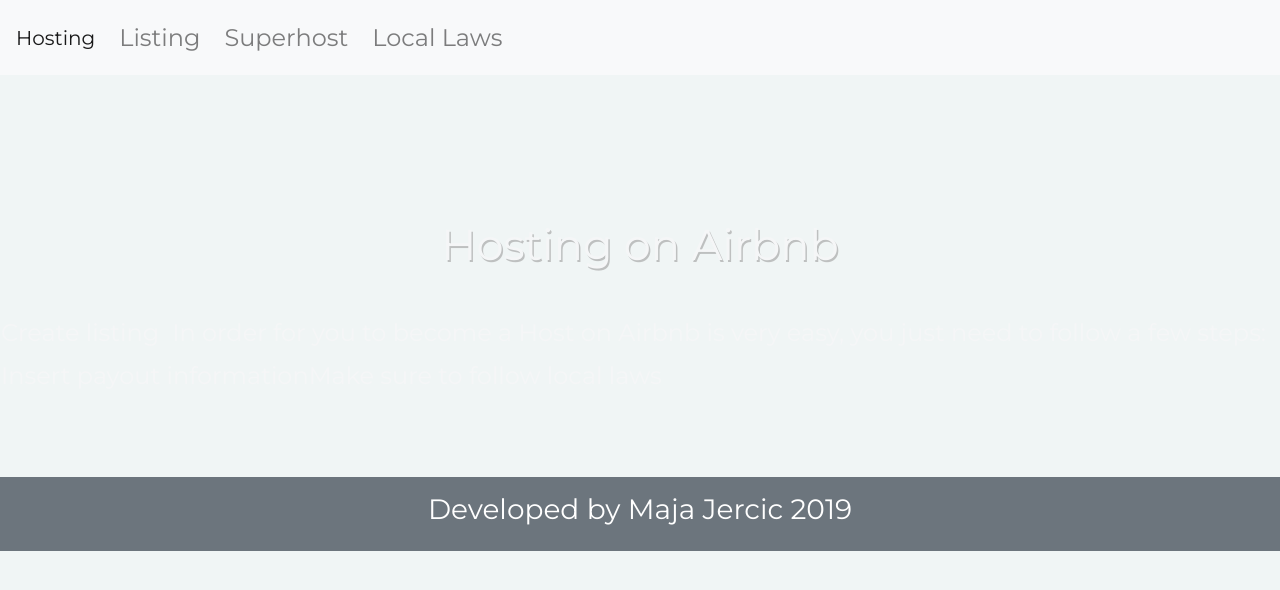
Repository: Maja-Jer/Hosting-on-Airbnb
Page: index.html
The author's editor kept a record of every edit. The page is drawn from the files as they stood at one moment, then again after the next edit.
The browser window is 1280 px wide. The pictures show the whole page.
Some web libraries are served in a nearby version.

Above is the page before.
Console error: TypeError: Cannot read properties of undefined (reading 'fn')

### index.html
<!DOCTYPE html>
<html lang="en">

<head>
    <meta charset="UTF-8">
    <meta name="viewport" content="width=device-width, initial-scale=1">
    <meta http-equiv="X-UA-Compatible" content="ie=edge">
    <link rel="stylesheet" href="https://stackpath.bootstrapcdn.com/bootstrap/4.3.1/css/bootstrap.min.css" integrity="sha384-ggOyR0iXCbMQv3Xipma34MD+dH/1fQ784/j6cY/iJTQUOhcWr7x9JvoRxT2MZw1T" crossorigin="anonymous">
    <script src="https://stackpath.bootstrapcdn.com/bootstrap/4.3.1/js/bootstrap.min.js" integrity="sha384-JjSmVgyd0p3pXB1rRibZUAYoIIy6OrQ6VrjIEaFf/nJGzIxFDsf4x0xIM+B07jRM" crossorigin="anonymous"></script>
    <link rel="stylesheet" href="https://use.fontawesome.com/releases/v5.6.1/css/all.css" integrity="sha384-gfdkjb5BdAXd+lj+gudLWI+BXq4IuLW5IT+brZEZsLFm++aCMlF1V92rMkPaX4PP" crossorigin="anonymous">
    <link href="https://fonts.googleapis.com/css?family=Montserrat" rel="stylesheet">
    <link rel="stylesheet" href="style.css" type="text/css" />
    <title>Hosting on Airbnb</title>
</head>

<body>

    <!---------------Navgation-------->
    <nav class="navbar navbar-light bg-light navbar-expand-sm">
         <a href="/" class="navbar-brand">Hosting</a>

        <!---------------Dropdown menu-------->
        <button class="navbar-toggler ml-auto" type="button" data-toggle="collapse" data-target="#navbarNavDropdown" aria-controls="navbarNavDropdown" aria-expanded="false" aria-label="Toggle navigation">
        <span class="navbar-toggler-icon"></span></button>

        <div class="collapse navbar-collapse" id="navbarNavDropdown">
            <ul class="navbar-nav mr-auto">
                <li class="nav-item mr-2"><a class="nav-link" href="#listing">Listing</a></li>
                <li class="nav-item mr-2"><a class="nav-link" href="#superhost">Superhost</a></li>
                <li class="nav-item mr-2"><a class="nav-link" href="#local-laws">Local Laws</a></li>

            </ul>
        </div>

    </nav>


<main>
    <section class= "wrapper">
        <div class="container-fluid p-0">
            <div class="row justify-content-center">
                <header>
                    <h1 class="text-center mt-4">Hosting on Airbnb</h1>
                </header>
                <ul>
                    In order for you to become a Host on Airbnb is very easy, you just need to follow a few steps:
                    <li>Create listing</li>
                    <li>Insert payout information</li>
                    <li>Make sure to follow local laws</li>
                </ul>
            </div>
        </div>

    </section>



</main>
<footer class= "bg-secondary mt-5 p-3">
    <div class= "container-fluid">
        <div class= "col-12 text-white">
            <h3>Developed by Maja Jercic 2019</h3>
        </div>
    </div>

</footer>




    <script src="https://code.jquery.com/jquery-3.3.1.slim.min.js" integrity="sha384-q8i/X+965DzO0rT7abK41JStQIAqVgRVzpbzo5smXKp4YfRvH+8abtTE1Pi6jizo" crossorigin="anonymous"></script>
    <script src="https://cdnjs.cloudflare.com/ajax/libs/popper.js/1.14.7/umd/popper.min.js" integrity="sha384-UO2eT0CpHqdSJQ6hJty5KVphtPhzWj9WO1clHTMGa3JDZwrnQq4sF86dIHNDz0W1" crossorigin="anonymous"></script>

    </div>
    </main>
    <script src="https://stackpath.bootstrapcdn.com/bootstrap/4.3.1/js/bootstrap.min.js" integrity="sha384-JjSmVgyd0p3pXB1rRibZUAYoIIy6OrQ6VrjIEaFf/nJGzIxFDsf4x0xIM+B07jRM" crossorigin="anonymous"></script>



</body>

</html>

### style.css
article, aside, figcaption, figure, footer, header, hgroup, main, nav, section {
    display: block;
}

body {
  font: 20px Montserrat, sans-serif;
  line-height: 1.8;
  color: #f5f6f7;
  background-color: #f0f5f5;
  text-align: center;
  font-weight: 400;

}

/*----------------------- header*/

head {
  font-family: 'Roboto', sans-serif;
}



/*----------------------navigation bar*/

ul {
  list-style-type: none;
  margin: 0;
  padding: 0;
  overflow: hidden;
  font-weight: normal;
  font-size: 24px;
}

li {
  float: left;
}

navbar {
  color: #FF5A5F;

}

li a {
  display: block;
  color: white;
  text-align: center;
  padding: 14px 16px;
  text-decoration: none;

}

li a:hover {
  background-color: #FF5A5F;
  color: white;
  text-decoration: none;
  font-weight: bold;
}

/*---------------------end of navigation bar*/


/*---------------------main*/
.wrapper {
    padding: 1rem 1rem 2rem 1rem;
    margin-top: 56px;
}

.p-0 {
    padding: 0!important;
}

.container-fluid {
    width: 100%;
    padding-right: 15px;
    padding-left: 15px;
    margin-right: auto;
    margin-left: auto;
}

.row {
    margin: 0;
}

.justify-content-center {
    -ms-flex-pack: center!important;
    justify-content: center!important;
}

.row {
    display: -ms-flexbox;
    display: flex;
    -ms-flex-wrap: wrap;
    flex-wrap: wrap;
    margin-right: -15px;
    margin-left: -15px;
}

.text-left {
    text-align: left!important;
}

.p-0 {
    padding: 0!important;
}

.col-12 {
    -ms-flex: 0 0 100%;
    flex: 0 0 100%;
    max-width: 100%;
}


.text-center {
    text-align: center!important;
}

.mt-4, .my-4 {
    margin-top: 1.5rem!important;
}

@media screen and (max-width: 575.9px)
h1 {
    font-size: 2.2rem;
    padding-top: 1.5rem;
    padding-bottom: 1rem;
}

h1 {
    font-size: 2.7rem;
    padding-top: 3rem;
    padding-bottom: 2rem;
    text-shadow: 1.5px 1.5px #9c9c9c99;
}


.intro {
    font: #808080;
    font-size: 2em;
}




/*---------------------footer*/

.p-3 {
    padding: 1rem!important;
}

.mt-5, .my-5 {
    margin-top: 3rem!important;
}

After the next edit:
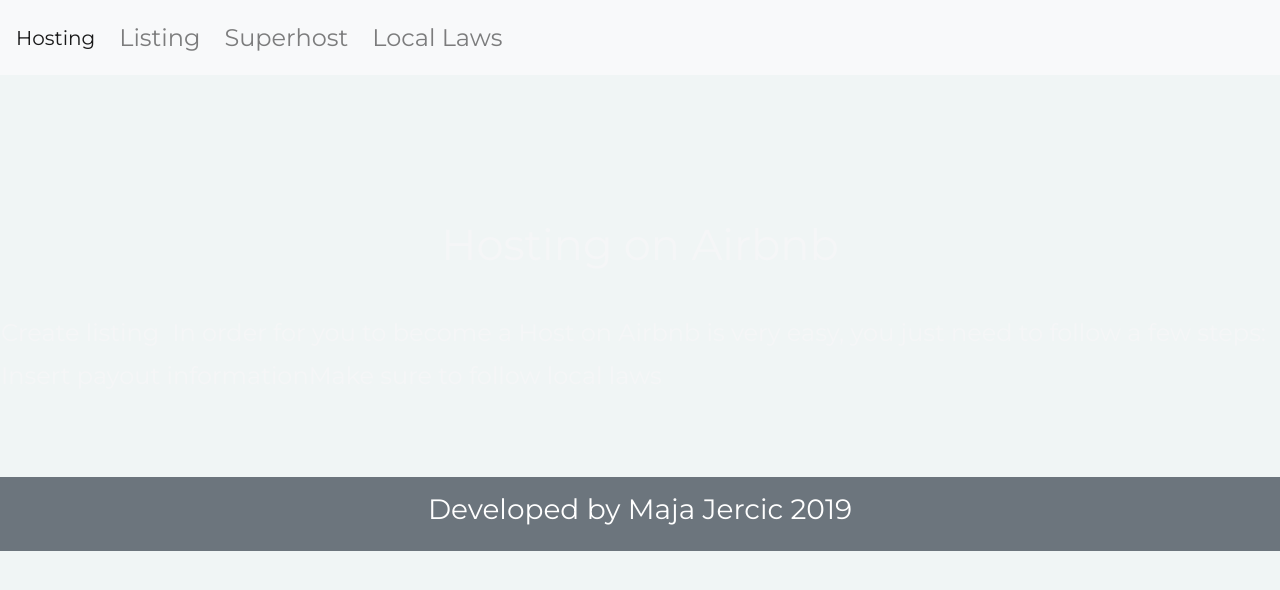
The edit:
--- a/style.css
+++ b/style.css
@@ -129,7 +129,8 @@
     font-size: 2.7rem;
     padding-top: 3rem;
     padding-bottom: 2rem;
-    text-shadow: 1.5px 1.5px #9c9c9c99;
+    font-weight: 500
+
 }
 
 
